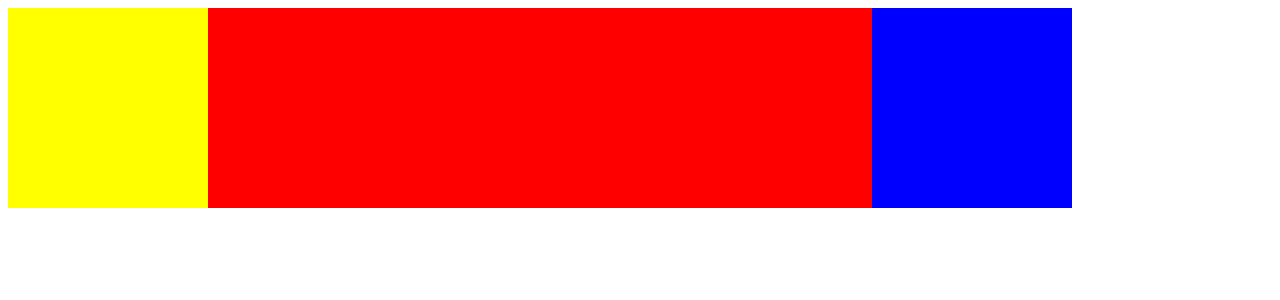
Repository: KonanW/front-end-knowledge
Page: css/layout2.html
An editor plug-in stored every save of this project. The page is shown before and after the next save, followed by the edit.
The browser window is 1280 px wide. The pictures show the whole page.

Above is the page before, as saved 2019-06-21 00:49:39.

After the next save:
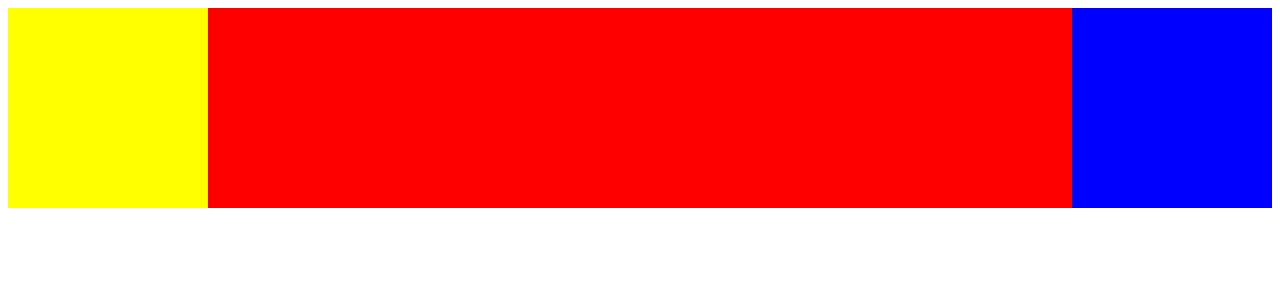
Saved 37 s later.
--- a/css/layout2.html
+++ b/css/layout2.html
@@ -36,7 +36,8 @@
       height: 100%;
       background-color: blue;
       margin-left: -200px;
-      left: 200px;
+      right: -200px;
+      position: relative;
     }
   </style>
 </head>
